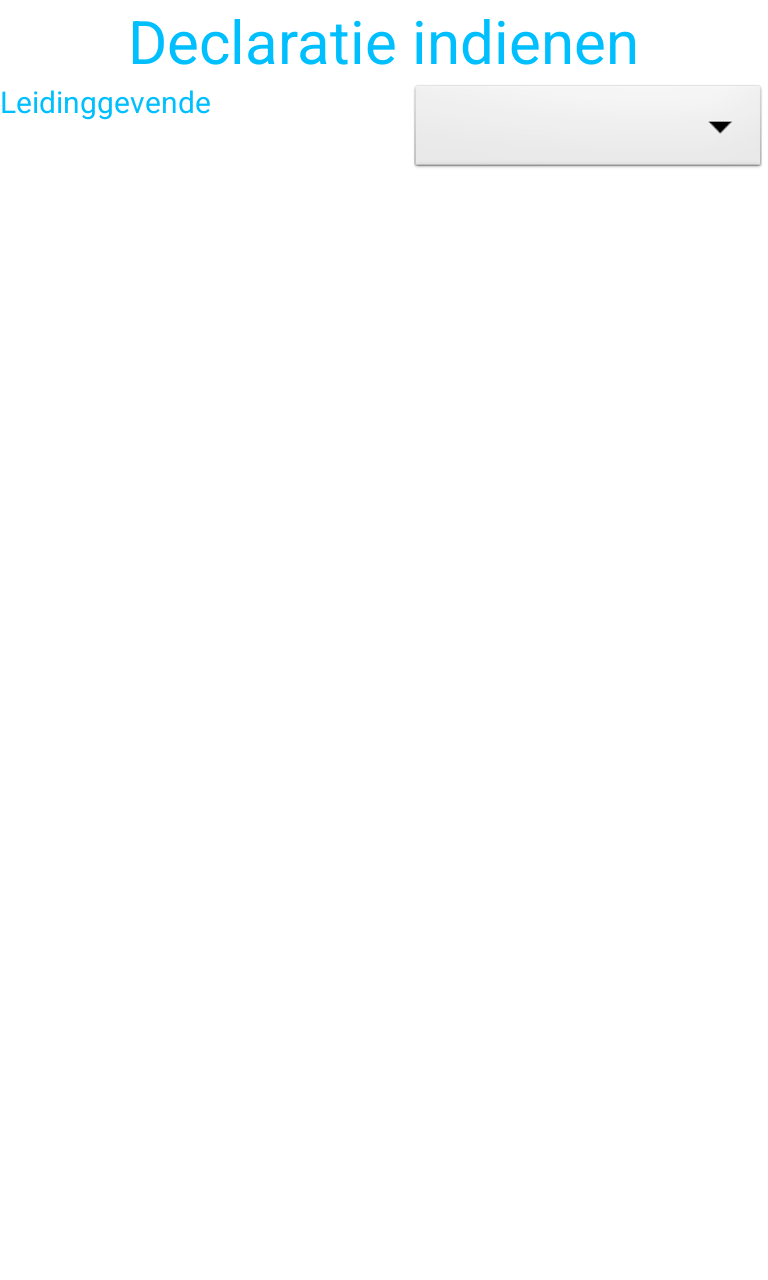
Repository: alexanderbolhuis/ilmoitus_mobile
Layout: LoginActivity/res/layout/activity_declare.xml
These files come from the project's save history. The layout is drawn as it stood at one moment and after the next save; the edit follows.
It is drawn on a 768 x 1280 px phone screen (xhdpi) without system bars, with theme AppTheme; the app's code is not run.

Above is the layout before, as saved 2014-05-04 19:12:04.

After the next save:
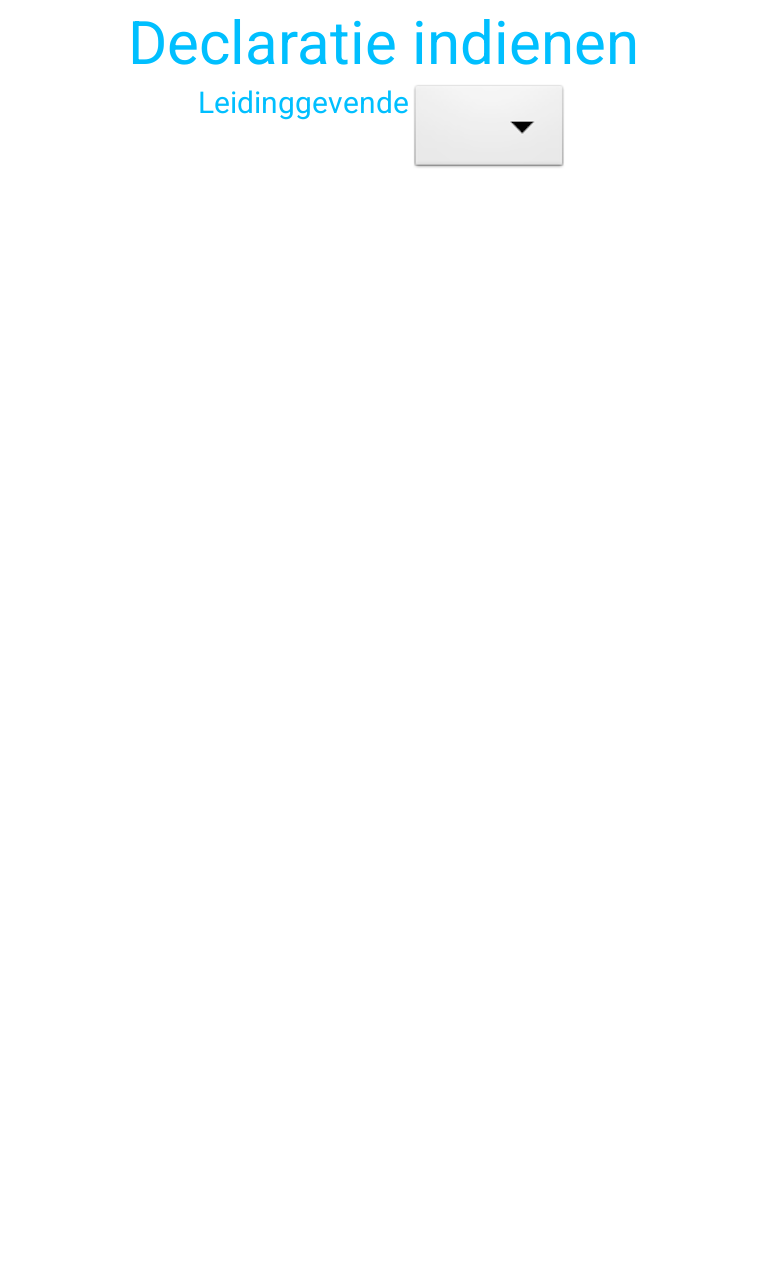
Saved 43 s later.
--- a/LoginActivity/res/layout/activity_declare.xml
+++ b/LoginActivity/res/layout/activity_declare.xml
@@ -18,8 +18,6 @@
     <TableLayout
         android:layout_width="fill_parent"
         android:layout_height="fill_parent"
-        android:shrinkColumns="*"
-        android:stretchColumns="*"
         android:orientation="vertical" >
 
         <TableRow
